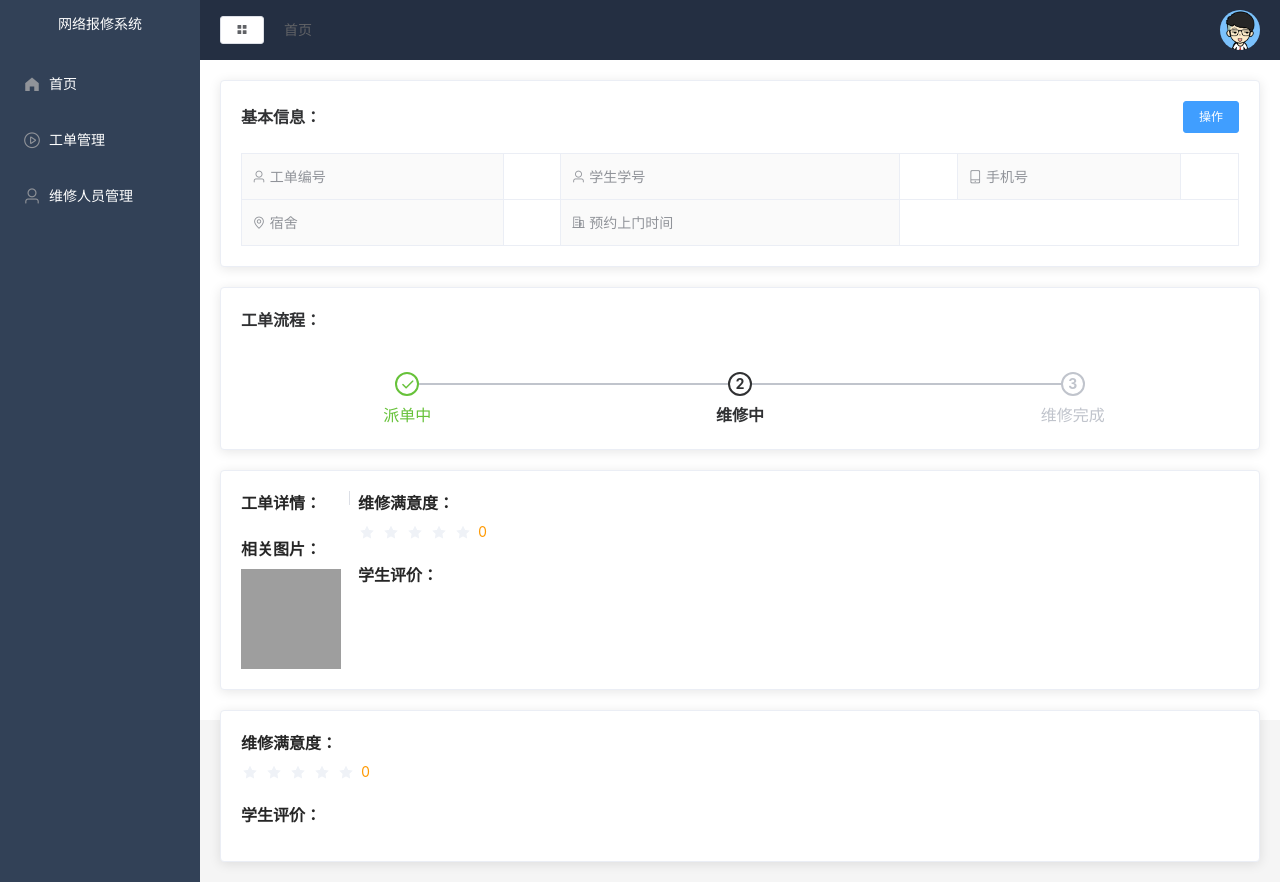
Repository: LtheW/vue
Page: /submit
These files come from the project's save history. The page is drawn as it stood at one moment and after the next save; the edit follows.
The browser window is 1280 px wide. The pictures show the whole page.
Pictures or frames that could not be fetched are drawn as grey boxes. The page's requests for data from a server got no answer. The project was rebuilt for these pictures with package versions that can differ from the ones it lists, and the page was loaded fresh each time. No one was signed in, and anything a server would have sent is missing. Also part of the build but not shown: vue.config.js, src/components/CommonTag.vue, src/views/Maintainer/Add.vue.

Above is the page before, as saved 2022-03-27 13:16:33.

### src/main.js
import Vue from 'vue'
import App from './App.vue'
import router from './router'
import store from './store'
//引入element ui
import ElementUI from 'element-ui';
import 'element-ui/lib/theme-chalk/index.css';
import '@/assets/scss/reset.scss' //全局样式
import Axios from 'axios';//后台交互
import Antd from 'ant-design-vue';
import 'ant-design-vue/dist/antd.css';
import 'font-awesome/scss/font-awesome.scss'
Vue.prototype.$http=Axios
//defaults 设置全局默认路径
Axios.defaults.baseURL="/"

Vue.use(ElementUI,Antd);
Vue.config.productionTip = false

new Vue({
  router,
  store,
  render: h => h(App)
}).$mount('#app')

### src/router/index.js
import Vue from 'vue'
import VueRouter from 'vue-router'
import Main from '../views/Main.vue'
import Submit from'../views/Submit.vue'
import Maintainer_Add from'../views/Maintainer/Add.vue'
Vue.use(VueRouter)

const routes = [
  {
    path:'/login',
    name:'Login',
    component:()=>import('@/views/Login')
  },
  {

    path: '/',
    name: 'Main',
    component: Main,
    children: [
      {
        path: '/',
        name: 'search',
        component: () => import('@/views/About')
      },
      {
        path: '/form',
        name: 'form',
        component: () => import('@/views/Form/Form')
      },
      {
        path: '/home',
        name: 'home',
        component: () => import('@/views/Maintainer/Maintainer')
      },
      {
        path: '/submit',
        name: 'submit',
        component: Submit,
      },
      {
        path: '/maintainer_add',
        name: 'add',
        component: Maintainer_Add,
      },
    ]
    },


]

const router = new VueRouter({
  mode:'history',
  base: process.env.BASE_URL,
  routes
})

export default router

### src/views/Main.vue
<template>
  <el-container style="height: 100%">
    <el-aside width="auto" height="100%" ><common-aside></common-aside></el-aside>
    <el-container>
      <el-header>
        <common-header></common-header>

      </el-header>
      <el-main><router-view /></el-main>
    </el-container>
  </el-container>
</template>

<script>
import CommonAside from "../components/CommonAside.vue";
import CommonHeader from "../components/CommonHeader.vue";
import CommonTag from "../components/CommonTag.vue";
export default {
  name: "Main",
  components: { CommonAside, CommonHeader, CommonTag },
};
</script>
, CommonTab
<style lang="scss" scoped>
.el-header {
  background: #242F42;
}
.el-main {
  padding-top: 20rpx;
}
</style>

### src/views/Submit.vue
<template>
  <div class="form">
    <div>
      <el-card>
        <el-descriptions
          class="margin-top"
          title="基本信息："
          :column="3"
          :size="size"
          border
        >
          <template slot="extra">
            <el-button type="primary" size="small">操作</el-button>
          </template>
          <el-descriptions-item width="150">
            <template slot="label">
              <i class="el-icon-user"></i>
              工单编号
            </template>
            {{ form.workorderNumber }}
          </el-descriptions-item>
          <el-descriptions-item>
            <template slot="label">
              <i class="el-icon-user"></i>
              学生学号
            </template>
            {{ form.fkStudentNumber }}
          </el-descriptions-item>
          <el-descriptions-item>
            <template slot="label">
              <i class="el-icon-mobile-phone"></i>
              手机号
            </template>
            {{ form.contactInformation }}
          </el-descriptions-item>
          <el-descriptions-item>
            <template slot="label">
              <i class="el-icon-location-outline"></i>
              宿舍
            </template>
            {{ form.address }}
          </el-descriptions-item>
          <el-descriptions-item>
            <template slot="label">
              <i class="el-icon-office-building"></i>
              预约上门时间
            </template>
            {{ form.fixedTime }}
          </el-descriptions-item>
        </el-descriptions>
      </el-card>
    </div>

    <div class="p">
      <el-card>
        <i class="title">工单流程：</i>
        <div>
          <el-steps
            :space="600"
            :active="1"
            finish-status="success"
            align-center="true"
            style="padding-top: 40px"
          >
            <el-step title="派单中"></el-step>
            <el-step title="维修中"></el-step>
            <el-step title="维修完成"></el-step>
          </el-steps>
        </div>
      </el-card>
      <div class="p">
        <el-card>
          <div class="panel">
          <div class="container">
          <h5 class="title">工单详情：</h5>

          <p>{{ form.workorderContent }}</p>

          <h5 class="title">相关图片：</h5>
          <el-image
            style="width: 100px; height: 100px"
            :src="url"
            :preview-src-list="srcList"
          >
          </el-image>
          </div>
            <el-divider direction="vertical"></el-divider>
          <div class="container">
          <h5 class="title">维修满意度：</h5>
          <el-rate
            v-model="form.maintenanceSatisfaction"
            disabled
            show-score
            text-color="#ff9900"
            score-template="{value}"
          >
          </el-rate>

          <div class="p">
          <h5 class="title">学生评价：</h5>
          <p>{{ form.evaluation }}</p>
          </div>
          </div>
           </div>
        </el-card>
         </div>
        <div class="p">
        <el-card>
          <h5 class="title">维修满意度：</h5>
          <el-rate
            v-model="form.maintenanceSatisfaction"
            disabled
            show-score
            text-color="#ff9900"
            score-template="{value}"
          >
          </el-rate>
          <div class="p">
          <h5 class="title">学生评价：</h5>
          <p>{{ form.evaluation }}</p>
          </div>
        </el-card>
        </div>

    </div>
  </div>
</template>
<script>
export default {
  data() {
    return {
      form: {},
      workorderNumber: "",
      url: "https://fuss10.elemecdn.com/e/5d/4a731a90594a4af544c0c25941171jpeg.jpeg",
      srcList: [],
    };
  },
  created() {
    this.workorderNumber = this.$route.params.workorderNumber;
    this.Load();
  },
  methods: {
    goBack() {
      this.$router.go(-1);
    },
    onSubmit() {},
    Load() {
      this.$http({
        url: "/api/administer/getorder",
        method: "get",
        headers: { "X-Requested-With": "XMLHttpRequest" },
        params: {
          workorder_number: this.workorderNumber,
        }, //传值 如：params:{id:1,name:"gw"}
      }).then((res) => {
        this.form = res.data.data[0];
        console.log(this.form);
        var jsonstr = JSON.parse(res.data.data[0].pictureAddress);
        var arr = this.srcList;
        for (var i = 0; i < 3; i++) {
          if (jsonstr[i] == null) {
            break;
          }
          arr.push(jsonstr[i]);
        }
        this.srcList = arr;
      });
    },
  },
};
</script>

<style >
.form {
  display: flex;
  flex-direction: column;
  justify-content: center;
  align-content: center;
}

.title {
  font-size: 16px;
  font-weight: 700;
}
.p {
  padding-top: 20px;
}
.border {
  border: 1px solid grey;
}
.panel {
  display: flex;
  flex-direction: row;
  justify-content: flex-start;
}
.container {
  display: flex;
  flex-direction: column;
}
</style>

### src/store/tab.js
export default{
    state:{
        isCollapse: false
    },
    mutations:{
        collapseMenu(state){
            state.isCollapse=!state.isCollapse
        }
    }
}

### src/components/CommonAside.vue
<template>
  <el-menu
    class="el-menu-vertical-demo"
    :collapse="isCollapse"
    background-color="#324157"
    text-color="#fff"
    active-text-color="#ffd04b"
  >
    <h3 v-show="!isCollapse">网络报修系统</h3>
    <h3 v-show="isCollapse">后台</h3>
    <el-menu-item
      :index="item.path"
      v-for="item in noChildren"
      :key="item.path"
      @click="clickMenu(item)"
    >
      <i :class="'el-icon-' + item.icon"></i>
      <span slot="title">{{ item.label }}</span>
    </el-menu-item>
    <el-submenu :index="item.label" v-for="item in hasChildren" :key="item.path">
      <template slot="title">
        <i :class="'el-icon-' + item.icon"></i>
        <span slot="title">{{ item.label }}</span>
      </template>
      <el-menu-item-group>
        <el-menu-item
          :index="subItem.path"
          v-for="(subItem, subIndex) in item.children"
          :key="subIndex"
          @click="clickMenu(item)"
        >
          <i :class="'el-icon-' + subItem.icon"></i>
          <span slot="title">{{ subItem.label }}</span>
        </el-menu-item>
      </el-menu-item-group>
    </el-submenu>
  </el-menu>
</template>

<script>
export default {
  data() {
    return {
      menu: [
        {
          path: "/",
          name: "search",
          label: "首页",
          icon: "s-home",
          url: "Maintainer/Maintainer",
        },
        {
          path: "/form",
          name: "form",
          label: "工单管理",
          icon: "video-play",
          url: "Form/Form",
        },
        {
          path: "/home",
          name: "home",
          label: "维修人员管理",
          icon: "user",
          url: "Home/Home",
        },
      ],
    };
  },
  methods: {
    // handleOpen(key, keyPath) {
    //   console.log(key, keyPath);
    // },
    // handleClose(key, keyPath) {
    //   console.log(key, keyPath);
    // },
    clickMenu(item) {
      this.$router.push({ name: item.name });
      this.$store.commit("selectMenu", item);
    },
  },
  computed: {
    noChildren() {
      return this.menu.filter((item) => !item.children);
    },
    hasChildren() {
      return this.menu.filter((item) => item.children);
    },
    isCollapse() {
      return this.$store.state.tab.isCollapse;
    },
  },
};
</script>

<style lang="scss" scoped>
.el-menu {
  height: 100%;
  border: none;
  h3 {
    color: #ffffff;
    text-align: center;
    line-height: 48px;
  }
}
.el-menu-vertical-demo:not(.el-menu--collapse) {
  width: 200px;
  min-height: 100vh;
}
</style>

### src/components/CommonHeader.vue
<template>
  <header>
    <div class="l-content">
      <el-button plain icon="el-icon-menu" size="mini" @click="handleMenu"></el-button>
      <el-breadcrumb>
        <el-breadcrumb-item :to="{ path: '/' }">首页</el-breadcrumb-item>
        <el-breadcrumb-item :to="current.path" v-if="current">{{
          current.label
        }}</el-breadcrumb-item>
      </el-breadcrumb>
    </div>
    <div class="r-content">
      <el-dropdown trigger="click" size="mini">
        <span class="el-dropdown-link">
          <img :src="userImg" class="user" />
        </span>
        <el-dropdown-menu slot="dropdown">
          <el-dropdown-item>个人中心</el-dropdown-item>
          <el-dropdown-item @click.native="logOut">退出</el-dropdown-item>
        </el-dropdown-menu>
      </el-dropdown>
    </div>
  </header>
</template>

<script>
import { mapState } from "vuex";
export default {
  data() {
    return {
      userImg: require("../assets/images/user.png"),
    };
  },
  methods: {
    handleMenu() {
      this.$store.commit("collapseMenu");
    },
    logOut() {
      this.$store.commit("clearToken");
      this.$store.commit("clearMenu");
      // location.reload();
      this.$router.push("/login");
    },
  },
  computed: {
    ...mapState({
      current: (state) => state.tab.currentMenu,
    }),
  },
};
</script>

<style lang="scss" scoped>
header {
  display: flex;
  height: 100%;
  align-items: center;
  justify-content: space-between;
}

.l-content {
  display: flex;
  align-items: center;
  .el-button {
    margin-right: 20px;
  }
}

.r-content {
  .user {
    width: 40px;
    height: 40px;
    border-radius: 50%;
  }
}
</style>

<style lang="scss">
.el-breadcrumb__item {
  .el-breadcrumb__inner {
    color: #666;
    font-weight: normal;
  }
  &:last-child {
    .el-breadcrumb__inner {
      color: white;
    }
  }
}
</style>

Loaded but not shown: public/index.html (common file); src/App.vue (common file); src/store/index.js (common file); src/assets/scss/reset.scss (common file)

After the next save:
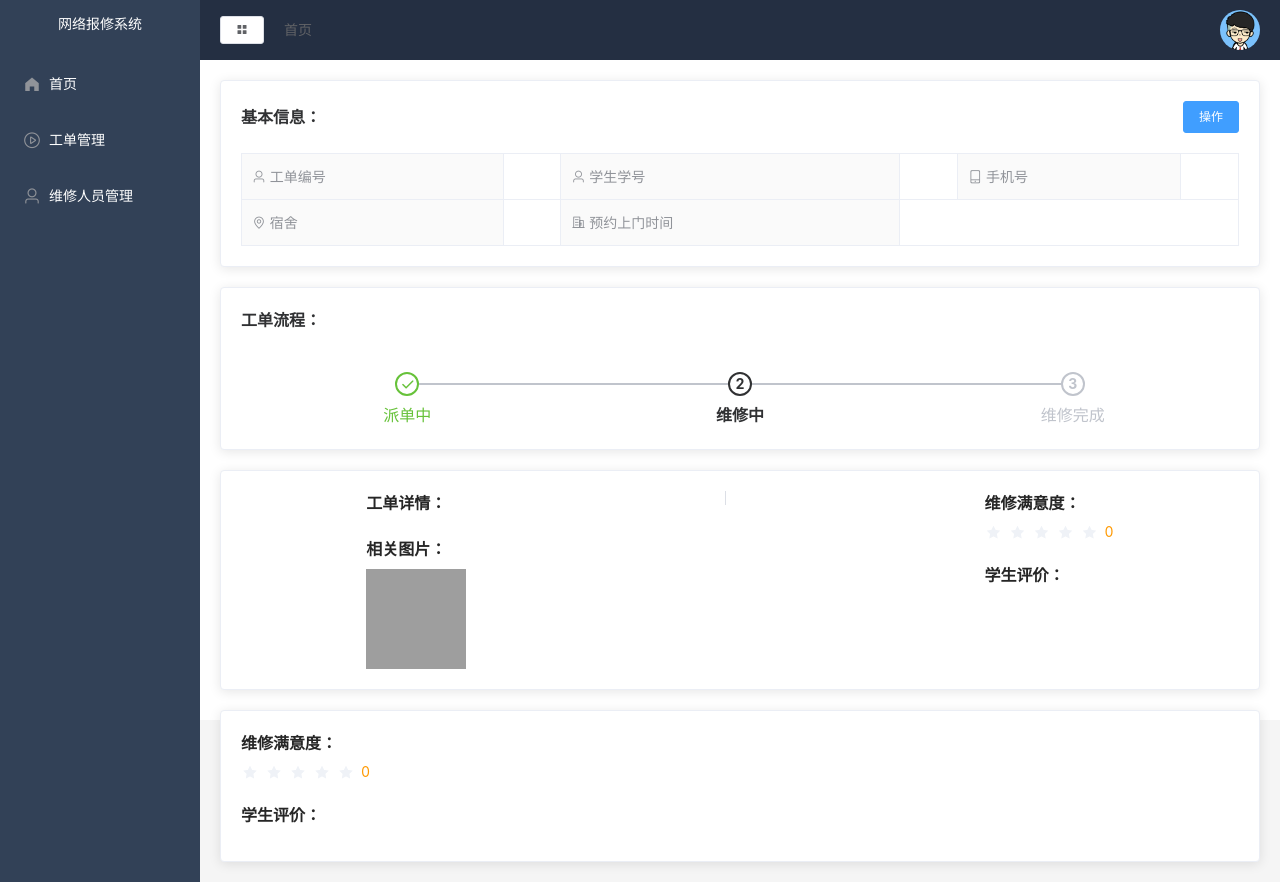
Saved 19 s later.
--- a/src/views/Submit.vue
+++ b/src/views/Submit.vue
@@ -191,7 +191,7 @@ export default {
 .panel {
   display: flex;
   flex-direction: row;
-  justify-content: flex-start;
+  justify-content: space-around;
 }
 .container {
   display: flex;
